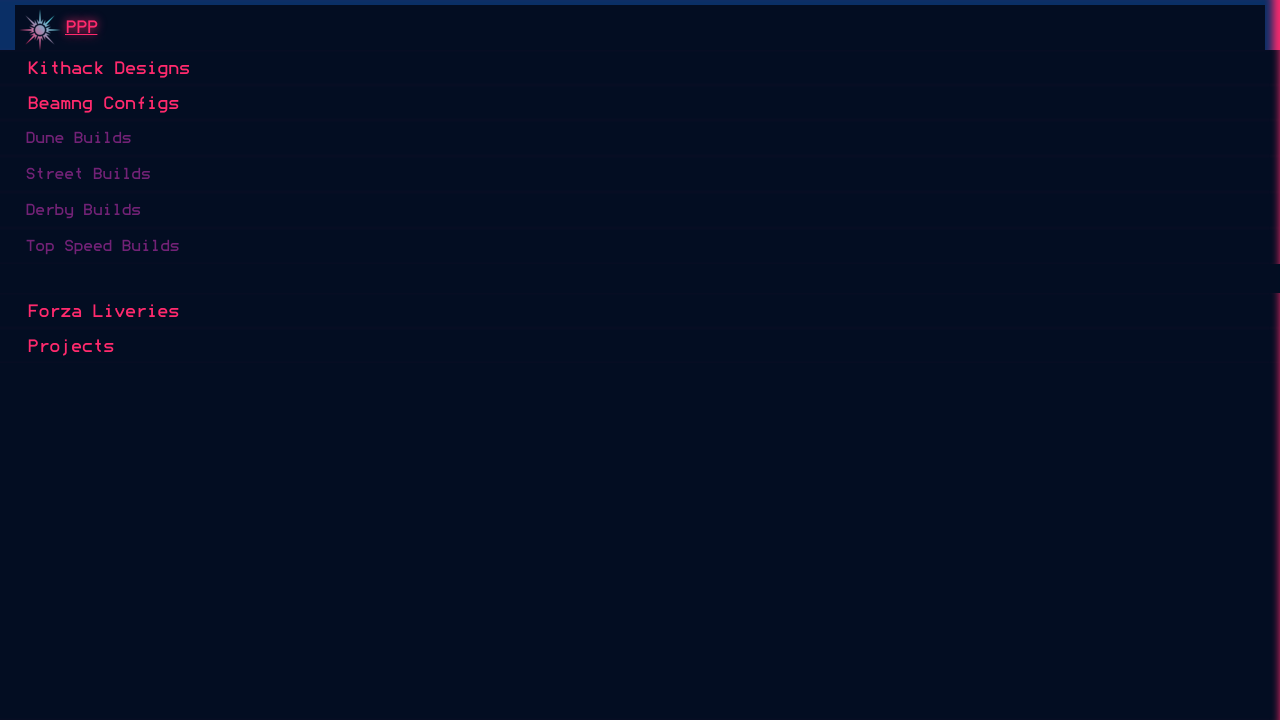
Repository: Pamishly/PamishlysPlayPlace
Page: navbar.html
These files come from the project's save history. The page is drawn as it stood at one moment and after the next save; the edit follows.
The browser window is 1280 px wide. The pictures show the whole page.
The first `#beamng` is checked.

Above is the page before, as saved 2024-09-11 21:23:36.

After the next save:
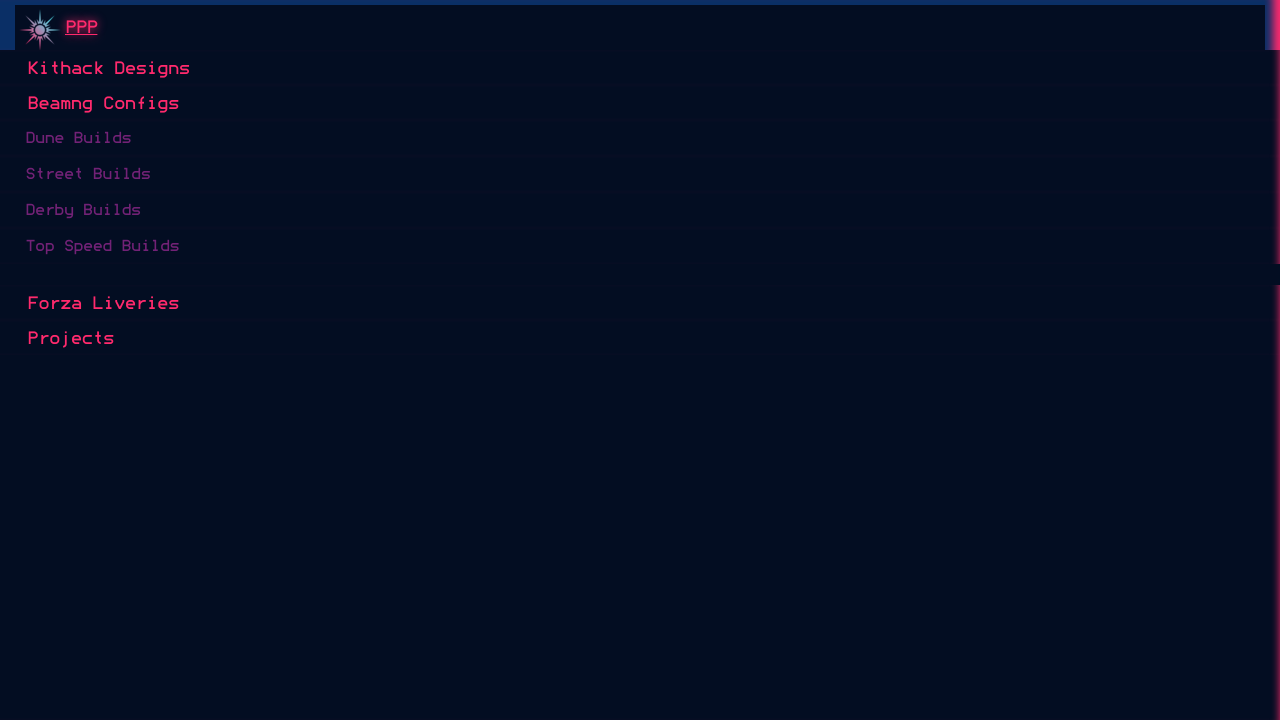
Saved 6 s later.
--- a/main.css
+++ b/main.css
@@ -136,7 +136,7 @@
     height: 67px;
 }
 #beamng:checked + li {
-    height: 208px;
+    height: 200px;
 }
 #kithack:checked + li {
     height: 107px;
